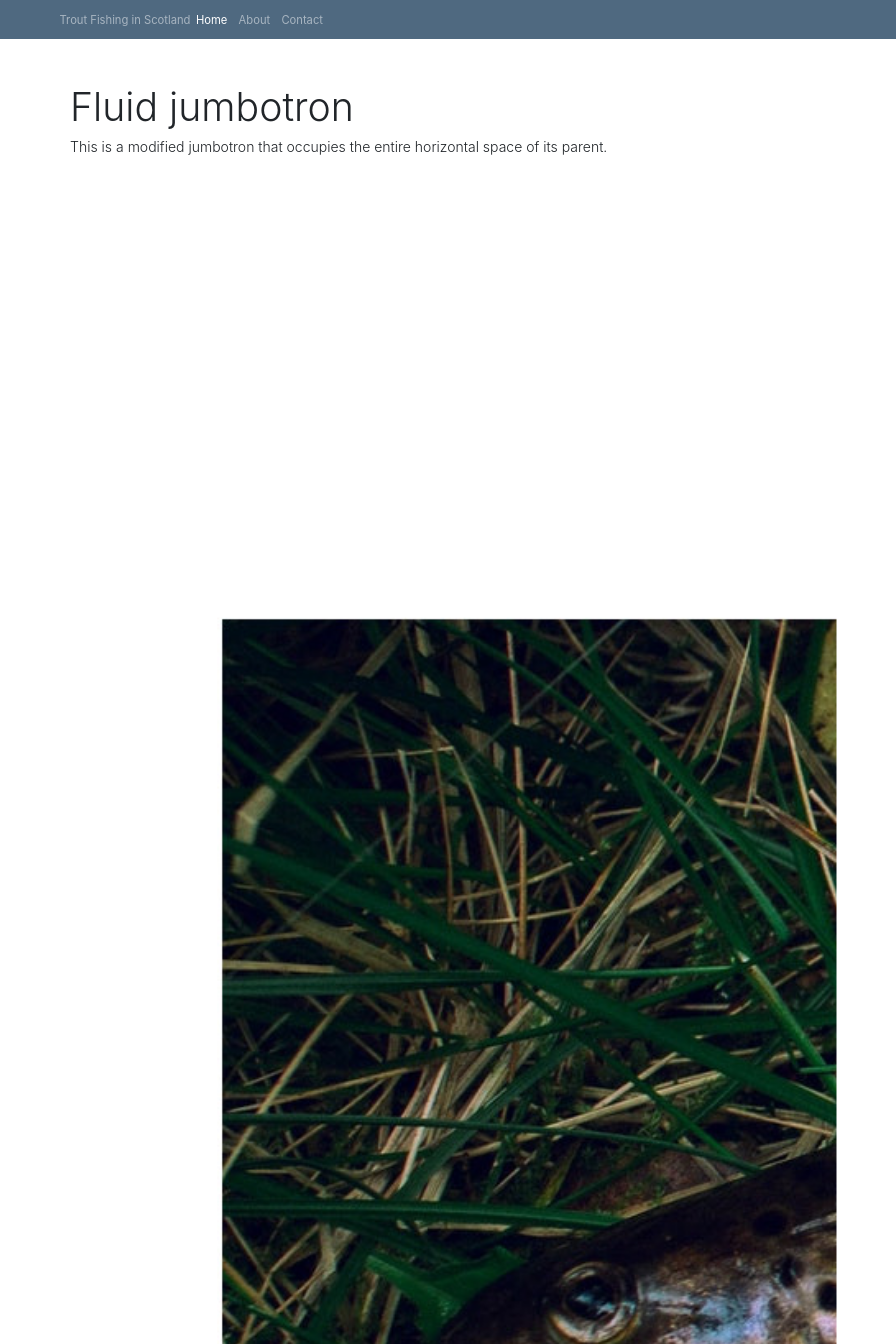
Repository: adrian9211/College_project
Page: index.html
The author's editor kept a copy of each file at every save. The page is drawn from the files as they stood at one save, then again after the next save.
The browser window is 1280 px wide. The pictures show the part of the page from y = 0 to 1920 px (the page is 3024 px tall before and 864 px after), at 70% of full size.

Above is the page before, as saved 2020-10-28 13:35:05.

After the next save:
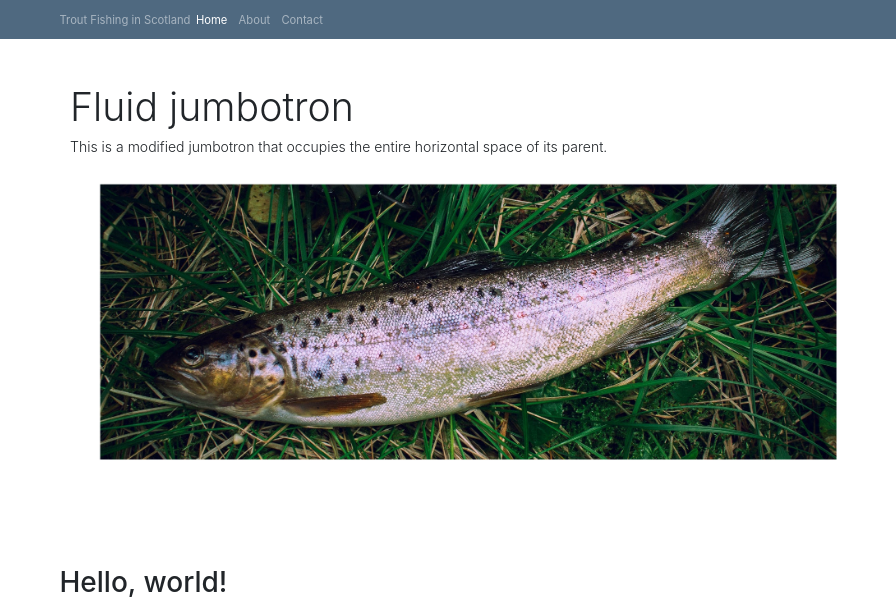
Saved 4 s later.
--- a/css/style.css
+++ b/css/style.css
@@ -1,5 +1,5 @@
 .jumbotron {
     background-image: url("../img/trout_jumbotron.jpg");
     background-size: cover;
-    height: 400vh;
+    height: 100vh;
 }
